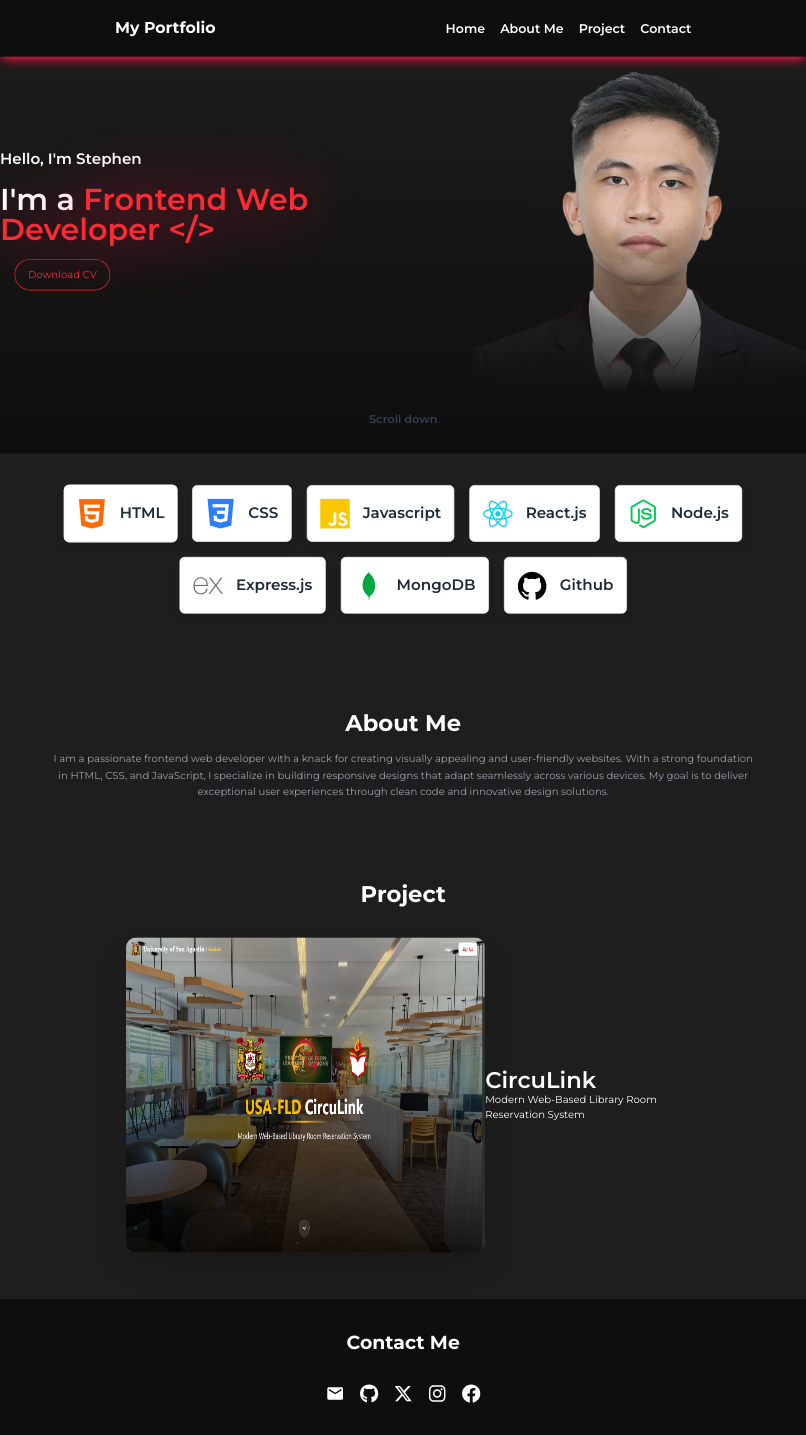
Repository: KaguyaKawaii/portfolio
Page: / (app in frontend/)
The author's editor kept a copy of each file at every save. The page is drawn from the files as they stood at one save, then again after the next save.
The browser window is 1280 px wide. The pictures show the whole page, at 63% of full size.
Some web libraries are served in a nearby version. The project was rebuilt for these pictures with package versions that can differ from the ones it lists, and the page was loaded fresh each time. Also part of the build but not shown: frontend/vite.config.js.

Above is the page before, as saved 2025-10-28 23:53:10.

### frontend/src/main.jsx
import { StrictMode } from 'react'
import { createRoot } from 'react-dom/client'
import './index.css'
import App from './App.jsx'
import "devicon/devicon.min.css";



createRoot(document.getElementById('root')).render(
  <StrictMode>
    <App />
  </StrictMode>,
)

### frontend/src/index.css
/* ✅ 1️⃣ Google Fonts first */
@import url('https://fonts.googleapis.com/css2?family=Montserrat:wght@400;500;600;700&display=swap');

/* ✅ 2️⃣ Then Tailwind (only once) */
@import "tailwindcss";

/* ✅ 3️⃣ Optional: your own CSS rules */
body {
  font-family: 'Montserrat', sans-serif;
}

html {
  scroll-behavior: smooth;
}

### frontend/src/App.jsx
import { useState } from 'react'
import pic from './assets/image.png'
import project from './assets/project.png'
import project2 from './assets/project2.png'
import { FaGithub, FaInstagram, FaFacebook } from "react-icons/fa";
import { FaXTwitter } from "react-icons/fa6";
import { MdEmail } from "react-icons/md";


function App() {

  return (
    <>
      <header className='bg-[#0F0E0E] h-[90px] w-full shadow-lg shadow-[#dc143c] fixed top-0 z-50'>
        <div className='flex justify-around items-center h-full text-white'>
          <h1 className='font-bold font-montserrat text-[25px]'>My Portfolio</h1>

          <div className='flex font-montserrat gap-6 font-semibold text-[20px]'>

            <button
              onClick={() => {
                document.getElementById("home").scrollIntoView();
              }}
              className="hover:text-red-500 duration-300 cursor-pointer"
            >

            <p className=''>Home</p>
            </button>

            <button
              onClick={() => {
                document.getElementById("about").scrollIntoView();
              }}
              className="hover:text-red-500 duration-300 cursor-pointer"
            >

            <p>About Me</p>
            </button>

            <button
              onClick={() => {
                document.getElementById("project").scrollIntoView();
              }}
              className="hover:text-red-500 duration-300 cursor-pointer"
            >

            <p>Project</p>
            </button>

            <p>Contact</p>
          </div>
        </div>
      </header>

      <body className='bg-linear-180 from-[#1E1E1E] to-[#0F0E0E] h-screen text-white'>
        <div id='home' className='flex justify-around items-center h-screen'>
          <div>
            <div className='text-2xl'>
              <h1 className='font-semibold'>Hello, I'm Stephen</h1>

            </div>
            <div className='mt-6 animate-fade-in'>
              <p className='font-semibold text-5xl'>I'm a  <span className="drop-shadow-[0_0_50px_#dc143c] text-red-500 animate-pulse">Frontend Web Developer &lt;/&gt;</span></p>

              <div className='m-6'>

                  <p className='ring-1 ring-red-500 text-red-500 rounded-3xl w-[150px] p-3 text-center hover:text-gray-800 hover:bg-white hover:ring-gray-800 transition-all duration-300 cursor-pointer'>Download CV</p>

              </div>

            </div>
          </div>

          <div className=''>
          <img
            src={pic}
            alt="profile"
            className="w-full h-full object-cover rounded-4xl"
            style={{
              maskImage: "linear-gradient(to bottom, black 50%, transparent 100%)",
              WebkitMaskImage: "linear-gradient(to bottom, black 50%, transparent 100%)",
            }}
          />
          </div>
        </div>

        <div className='flex justify-center items-center text-gray-700 text-lg font-montserrat font-semibold animate-pulse absolute bottom-10 w-full'>
          Scroll down
        </div>

          {/* Body 2 */}
          <div className='h-full w-full pt-20 pb-20 bg-[#1E1E1E] '>

            <div className='flex gap-6 justify-center items-center h-[20vh] font-semibold text-3xl text-white'>
              <div className="flex flex-wrap gap-6 justify-center">

                <div className="flex flex-wrap gap-6 justify-center text-white">
                  {/* HTML5 */}
                  <div className="flex items-center hover:scale-110 transition-all ring-1 hover:ring-red-100 rounded-lg p-5 gap-5 bg-white shadow-lg hover:shadow-red-500 duration-500">
                    <i className="devicon-html5-plain text-orange-500 text-5xl"></i>
                    <p className='text-2xl text-gray-800 font-semibold'>HTML</p>
                  </div>

                  {/* CSS3 */}
                  <div className="flex items-center hover:scale-110 transition-transform border rounded-lg p-5 gap-5 bg-white shadow-lg hover:shadow-red-500 duration-500">
                    <i className="devicon-css3-plain text-blue-500 text-5xl"></i>
                    <p className='text-2xl text-gray-800 font-semibold'>CSS</p>
                  </div>

                  {/* JavaScript */}
                  <div className="flex items-center hover:scale-110 transition-transform border rounded-lg p-5 gap-5 bg-white shadow-lg hover:shadow-red-500 duration-500">
                    <i className="devicon-javascript-plain text-yellow-400 text-5xl"></i>
                    <p className='text-2xl text-gray-800 font-semibold'>Javascript</p>
                  </div>

                  {/* React.js */}
                  <div className="flex items-center hover:scale-110 transition-transform border rounded-lg p-5 gap-5 bg-white shadow-lg hover:shadow-red-500 duration-500">
                    <i className="devicon-react-original text-cyan-400 text-5xl"></i>
                    <p className='text-2xl text-gray-800 font-semibold'>React.js</p>
                  </div>



                  {/* Node.js */}
                  <div className="flex items-center hover:scale-110 transition-transform border rounded-lg p-5 gap-5 bg-white shadow-lg hover:shadow-red-500 duration-500">
                    <i className="devicon-nodejs-plain text-green-500 text-5xl"></i>
                    <p className='text-2xl text-gray-800 font-semibold'>Node.js</p>
                  </div>

                  {/* Express.js */}
                  <div className="flex items-center hover:scale-110 transition-transform border rounded-lg p-5 gap-5 bg-white shadow-lg hover:shadow-red-500 duration-500">
                    <i className="devicon-express-original text-gray-500 text-5xl"></i>
                    <p className='text-2xl text-gray-800 font-semibold'>Express.js</p>
                  </div>

                  {/* MongoDB */}
                  <div className="flex items-center hover:scale-110 transition-transform border rounded-lg p-5 gap-5 bg-white shadow-lg hover:shadow-red-500 duration-500">
                    <i className="devicon-mongodb-plain text-green-600 text-5xl"></i>
                    <p className='text-2xl text-gray-800 font-semibold'>MongoDB</p>
                  </div>

                  {/* GitHub */}
                  <div className="flex items-center hover:scale-110 transition-transform border rounded-lg p-5 gap-5 bg-white shadow-lg hover:shadow-red-500 duration-500">
                    <i className="devicon-github-original text-black text-5xl"></i>
                    <p className='text-2xl text-gray-800 font-semibold'>Github</p>

                  </div>
                </div>

              </div>

            </div>



          </div>

          <div id='about' className='h-full pt-6 pb-6 bg-[#1E1E1E]'>
              <h1 className='text-white font-montserrat text-4xl font-bold text-center pt-20'>About Me</h1>
              <p className='text-gray-400 font-montserrat text-center mt-6 mx-20 leading-relaxed'>
                I am a passionate frontend web developer with a knack for creating visually appealing and user-friendly websites. With a strong foundation in HTML, CSS, and JavaScript, I specialize in building responsive designs that adapt seamlessly across various devices. My goal is to deliver exceptional user experiences through clean code and innovative design solutions.
              </p>

          </div>

          <div id='project' className='h-full pt-6 pb-6 bg-[#1E1E1E]'>

            <h1 className='text-white font-montserrat text-4xl font-bold text-center pt-20'>Project</h1>

              <div className='flex flex-col'>
                <div className='flex items-center justify-between mx-50  h-[600px]'>

                  <div>
                    <a href="https://circulink-beta-testing.vercel.app/" target="_blank" rel="">
                    <img src={project}
                    className='rounded-2xl shadow-2xl hover:shadow-red-800 transition-all duration-500 hover:scale-110 w-[800px] h-[500px]'
                    alt="" />
                    </a>
                  </div>

                  <div className=''>
                    <h1 className='text-4xl font-semibold' >CircuLink</h1>
                    <p>Modern Web-Based Library Room Reservation System</p>
                  </div>

                </div>

                {/* <div className='flex items-center justify-between mx-50  h-[600px]'>
                   <div className='text-left'>
                    <h1 className='text-4xl font-semibold' >DeliverDash</h1>
                    <p>Fast and Reliable Delivery Services</p>
                  </div>

                  <div>
                    <img src={project2}
                    className='rounded-2xl  shadow-2xl hover:shadow-red-800 transition-all duration-500 hover:scale-110 w-[800px] h-[500px]'
                    alt="" />
                  </div>



                </div> */}


              </div>


          </div>

          <div id="contact" className="h-[30vh] flex flex-col items-center justify-center bg-[#0F0E0E] text-white text-center">
            <h2 className="text-3xl font-bold mb-6">Contact Me</h2>


            <div className="flex justify-center gap-6 text-3xl mt-6">
              {/* Email */}
              <a
                href="mailto:stephenmadero.dev@gmail.com"
                className="hover:text-[#dc143c] transition"
              >
                <MdEmail />
              </a>

              {/* GitHub */}
              <a
                href="https://github.com/stephenmadero"
                target="_blank"
                rel="noopener noreferrer"
                className="hover:text-[#dc143c] transition"
              >
                <FaGithub />
              </a>

              {/* Twitter */}
              <a
                href="https://twitter.com/stephenmadero"
                target="_blank"
                rel="noopener noreferrer"
                className="hover:text-[#dc143c] transition"
              >
                <FaXTwitter />
              </a>

              {/* Instagram */}
              <a
                href="https://instagram.com/stephenmadero"
                target="_blank"
                rel="noopener noreferrer"
                className="hover:text-[#dc143c] transition"
              >
                <FaInstagram />
              </a>

              {/* Facebook */}
              <a
                href="https://facebook.com/stephenmadero"
                target="_blank"
                rel="noopener noreferrer"
                className="hover:text-[#dc143c] transition"
              >
                <FaFacebook />
              </a>
            </div>
          </div>

      </body>




    </>
  )
}

export default App

Loaded but not shown: frontend/index.html (common file)

After the next save:
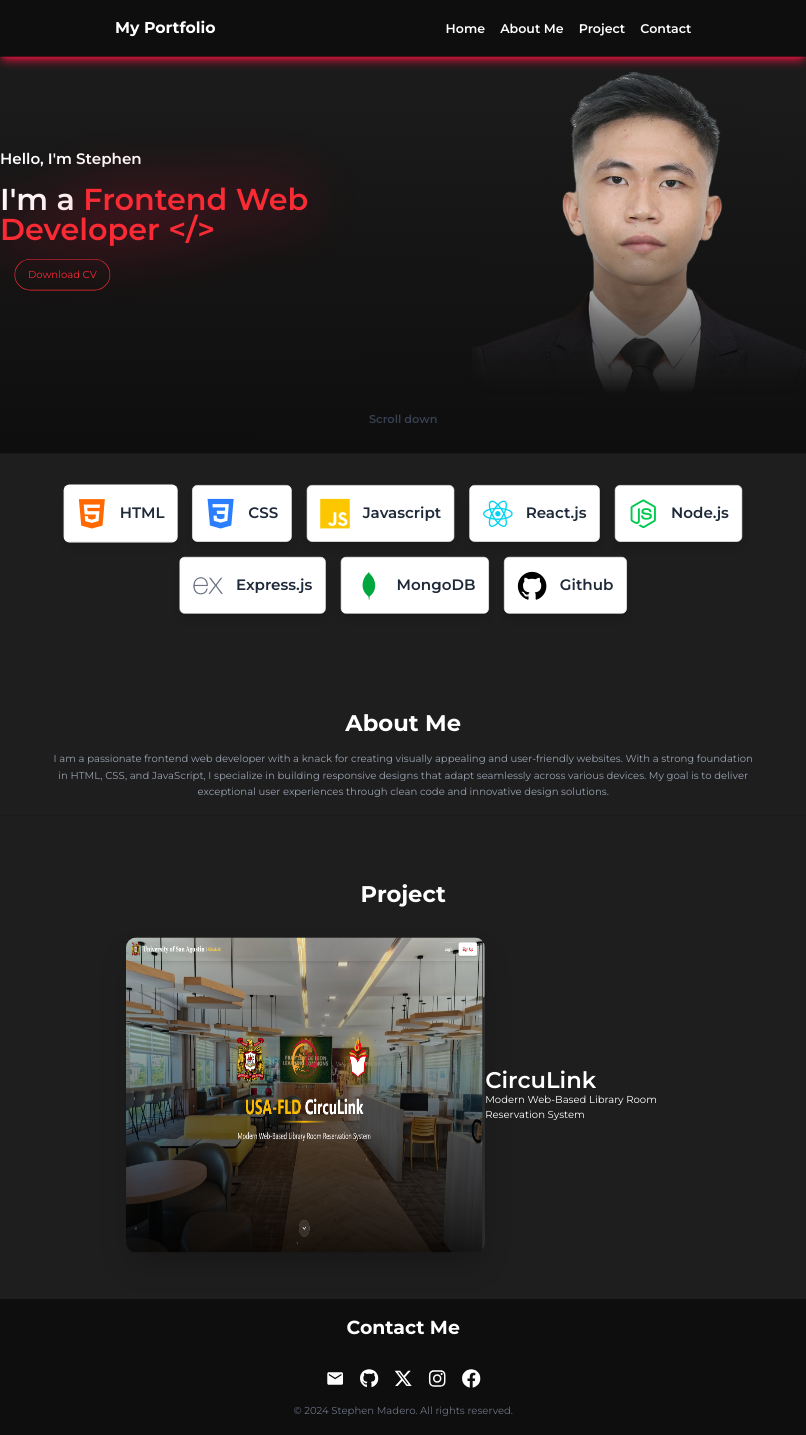
Saved 12 s later.
--- a/frontend/src/App.jsx
+++ b/frontend/src/App.jsx
@@ -260,6 +260,10 @@
                 <FaFacebook />
               </a>
             </div>
+
+            <div>
+              <p className="mt-6 text-gray-500">© 2024 Stephen Madero. All rights reserved.</p>
+            </div>
           </div>
 
       </body>
